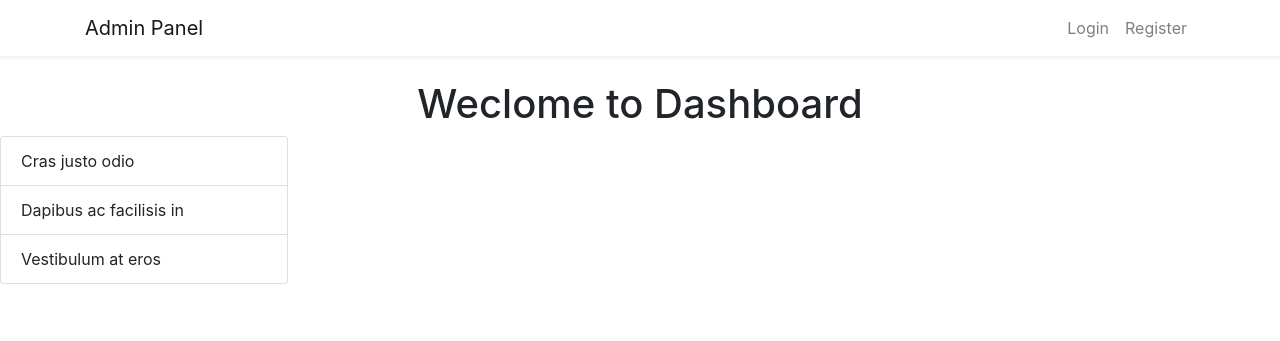
Repository: mohamedelbadawi/Simple-galley-using-laravel
Page: http://localhost/admin/dashboard
The author's editor kept a copy of each file at every save. The page is drawn from the files as they stood at one save, then again after a run of saves.
The browser window is 1280 px wide. The pictures show the whole page.
The page is served by the project's Laravel application, run on PHP 8.4 with Laravel 8. Other server files are loaded and not shown.

Above is the page before, as saved 2021-09-01 11:53:47.

### Gallery/routes/web.php
<?php

use App\Http\Controllers\AlbumsController;
use App\Http\Controllers\ContactController;
use App\Http\Controllers\FrontController;
use App\Http\Controllers\PhotosController;
use Illuminate\Support\Facades\Auth;
use Illuminate\Support\Facades\Route;

/*
|--------------------------------------------------------------------------
| Web Routes
|--------------------------------------------------------------------------
|
| Here is where you can register web routes for your application. These
| routes are loaded by the RouteServiceProvider within a group which
| contains the "web" middleware group. Now create something great!
|
 */

Route::get('/', [FrontController::class, 'albumsIndex']);
Route::get('/home', [FrontController::class, 'albumsIndex'])->name('home');

Route::get('/gallery', [FrontController::class, 'galleryIndex'])->name('gallery');
Route::post('/contact', [ContactController::class, 'storeContact'])->name('contact.store');

Route::get('/about', function () {
    return view('gallery/about');
})->name('about');

Route::get('/contact', function () {
    return view('gallery/contact');
})->name('contact');
// Route::get('/blog', function () {
//     return view('gallery/blog');
// })->name('blog');

Route::prefix('admin')->group(function () {
    Auth::routes();
    Route::get('/dashboard', function () {
        return view('admin/dashboard');
    })->name('dashboard');
    Route::get('/albums/create', [AlbumsController::class, 'create'])->name('album.create');
    Route::get('/albums', [AlbumsController::class, 'index'])->name('album.index');
    Route::post('/albums/store', [AlbumsController::class, 'store'])->name('album.store');
    Route::get('album/{id}', [AlbumsController::class, 'showImages'])->name('album.show');
    Route::post('photos/upload/{id}', [PhotosController::class, 'upload'])->name('photos.upload');
});
Route::get('/admin', function () {
    return view('admin.Dashboard');
})->middleware('auth');

### Gallery/resources/views/admin/Dashboard.blade.php
@extends('layouts.app')

@section('content')
    {{-- @include('messages') --}}
    <h1 class="text-center">Weclome to Dashboard</h1>

    <div class="card" style="width: 18rem;">
        <ul class="list-group list-group-flush">
            <li class="list-group-item">Cras justo odio</li>
            <li class="list-group-item">Dapibus ac facilisis in</li>
            <li class="list-group-item">Vestibulum at eros</li>
        </ul>
    </div>




@endsection

### Gallery/resources/views/layouts/app.blade.php
<!doctype html>
<html lang="{{ str_replace('_', '-', app()->getLocale()) }}">

<head>
    <meta charset="utf-8">
    <meta name="viewport" content="width=device-width, initial-scale=1">

    <!-- CSRF Token -->
    <meta name="csrf-token" content="{{ csrf_token() }}">

    <title>Admin Panel</title>

    <!-- Scripts -->
    <script src="{{ asset('js/app.js') }}" defer></script>

    <!-- Fonts -->
    <link rel="dns-prefetch" href="//fonts.gstatic.com">
    <link href="https://fonts.googleapis.com/css?family=Nunito" rel="stylesheet">

    <!-- Styles -->
    <link href="{{ asset('css/app.css') }}" rel="stylesheet">
    <link rel="stylesheet" href="{{ asset('css/bootstrap.min.css') }}" />
    <link rel="stylesheet" href="{{ asset('css/font-awesome.min.css') }}" />
    <link rel="stylesheet" href="{{ asset('css/slicknav.min.css') }}" />
    <link rel="stylesheet" href="{{ asset('css/fresco.css') }}" />
    <link rel="stylesheet" href="{{ asset('css/slick.css') }}" />

</head>

<body>
    <div id="app">
        <nav class="navbar navbar-expand-md navbar-light bg-white shadow-sm">
            <div class="container">
                <a class="navbar-brand" href="{{ url('/') }}">
                    Admin Panel
                </a>
                <button class="navbar-toggler" type="button" data-toggle="collapse" data-target="#navbarSupportedContent"
                    aria-controls="navbarSupportedContent" aria-expanded="false"
                    aria-label="{{ __('Toggle navigation') }}">
                    <span class="navbar-toggler-icon"></span>
                </button>

                <div class="collapse navbar-collapse" id="navbarSupportedContent">
                    <!-- Left Side Of Navbar -->
                    <ul class="navbar-nav mr-auto">

                    </ul>

                    <!-- Right Side Of Navbar -->
                    <ul class="navbar-nav ml-auto">
                        <!-- Authentication Links -->
                        @guest
                            @if (Route::has('login'))
                                <li class="nav-item">
                                    <a class="nav-link" href="{{ route('login') }}">{{ __('Login') }}</a>
                                </li>
                            @endif

                            @if (Route::has('register'))
                                <li class="nav-item">
                                    <a class="nav-link" href="{{ route('register') }}">{{ __('Register') }}</a>
                                </li>
                            @endif
                        @else
                            <li class="nav-item dropdown">
                                <a id="navbarDropdown" class="nav-link dropdown-toggle" href="#" role="button"
                                    data-toggle="dropdown" aria-haspopup="true" aria-expanded="false" v-pre>
                                    {{ Auth::user()->name }}
                                </a>

                                <div class="dropdown-menu dropdown-menu-right" aria-labelledby="navbarDropdown">
                                    <a class="dropdown-item" href="{{ route('album.create') }}">
                                        Create Album
                                    </a>
                                    <a class="dropdown-item" href="{{ route('logout') }}" onclick="event.preventDefault();
                                                            document.getElementById('logout-form').submit();">
                                        {{ __('Logout') }}
                                    </a>

                                    <form id="logout-form" action="{{ route('logout') }}" method="POST"
                                        class="d-none">
                                        @csrf
                                    </form>
                                </div>
                            </li>
                        @endguest
                    </ul>
                </div>
            </div>
        </nav>

        <main class="py-4">
            @yield('content')
        </main>
    </div>
</body>

</html>

Loaded but not shown: Gallery/app/Http/Controllers/Auth/ConfirmPasswordController.php (common file); Gallery/app/Http/Controllers/Controller.php (common file); Gallery/public/css/app.css (library); Gallery/public/css/bootstrap.min.css (library); Gallery/public/css/font-awesome.min.css (library); Gallery/public/css/slicknav.min.css (common file); Gallery/public/css/slick.css (common file); Gallery/public/css/fresco.css (1616 lines, source omitted)

After the next 2 saves:
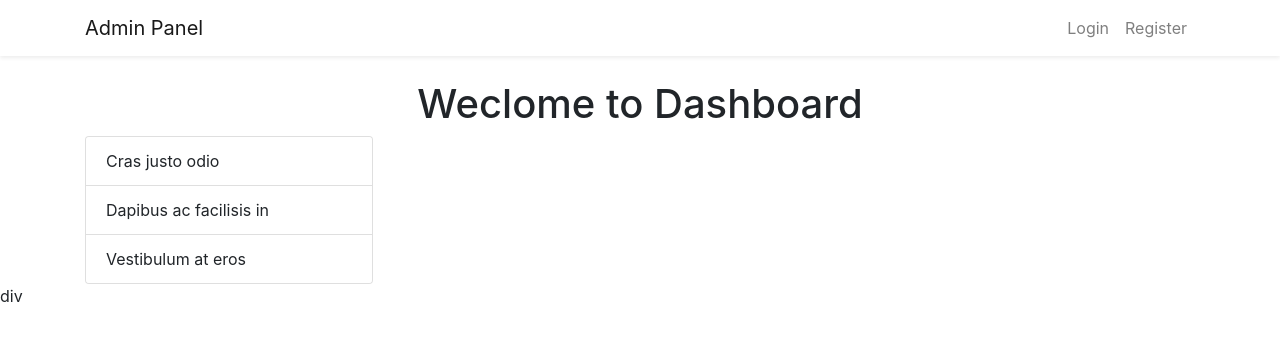
The 2 saves are shown as one change because they came seconds apart.
The last was saved 18 s later.
--- a/Gallery/resources/views/admin/Dashboard.blade.php
+++ b/Gallery/resources/views/admin/Dashboard.blade.php
@@ -2,16 +2,18 @@
 
 @section('content')
     {{-- @include('messages') --}}
-    <h1 class="text-center">Weclome to Dashboard</h1>
+    <div class="container">
+        <h1 class="text-center">Weclome to Dashboard</h1>
 
-    <div class="card" style="width: 18rem;">
-        <ul class="list-group list-group-flush">
-            <li class="list-group-item">Cras justo odio</li>
-            <li class="list-group-item">Dapibus ac facilisis in</li>
-            <li class="list-group-item">Vestibulum at eros</li>
-        </ul>
-    </div>
+        <div class="card" style="width: 18rem;">
+            <ul class="list-group list-group-flush">
+                <li class="list-group-item">Cras justo odio</li>
+                <li class="list-group-item">Dapibus ac facilisis in</li>
+                <li class="list-group-item">Vestibulum at eros</li>
+            </ul>
+        </div>
 
+    </div> div
 
 
 
